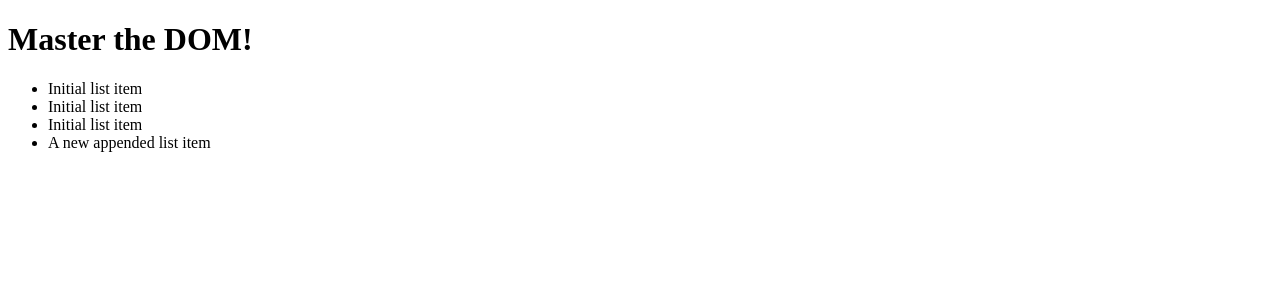
Repository: glgeorgiou/100-days-of-code-projects
Page: DOM Testing/2-2.html
These files come from the project's save history. The page is drawn as it stood at one moment and after the next save; the edit follows.
The browser window is 1280 px wide. The pictures show the whole page.

Above is the page before, as saved 2020-04-14 16:20:53.

### DOM Testing/2-2.html
<!DOCTYPE html>
<html lang="en">
<head>
    <title>Master the DOM! - Change the DOM</title>
  </head>
<body>
    <h1>Master the DOM!</h1>
    <ul>
        <li>Initial list item</li>
        <li>Initial list item</li>
        <li>Initial list item</li>
    </ul>
    <script src="2-2.js"></script>
  </body>
</html>

### DOM Testing/2-2.js
/**
 * Source: https://medium.com/@timothyrobards/javascript-fundamentals-master-the-dom-part-2-bef36405598e
 */

 //Create a new dom list element
 list = document.querySelector('ul');
 newItem = document.createElement('li');
 newItem.textContent = 'A new appended list item'
 list.appendChild(newItem);

After the next save:
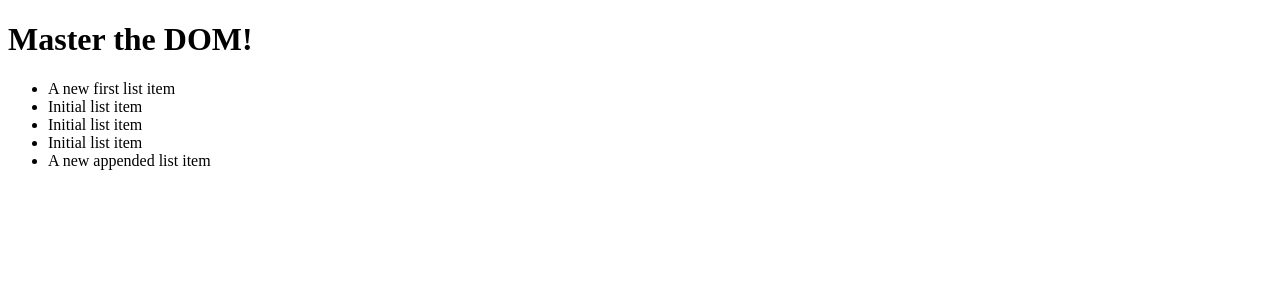
Saved 2 min 30 s later.
--- a/DOM Testing/2-2.js
+++ b/DOM Testing/2-2.js
@@ -7,3 +7,8 @@
  newItem = document.createElement('li');
  newItem.textContent = 'A new appended list item'
  list.appendChild(newItem);
+
+ //Insert a first list item using parent node
+ let anotherNewItem = document.createElement('li')
+ anotherNewItem.textContent = 'A new first list item'
+list.insertBefore(anotherNewItem, list.firstElementChild);
